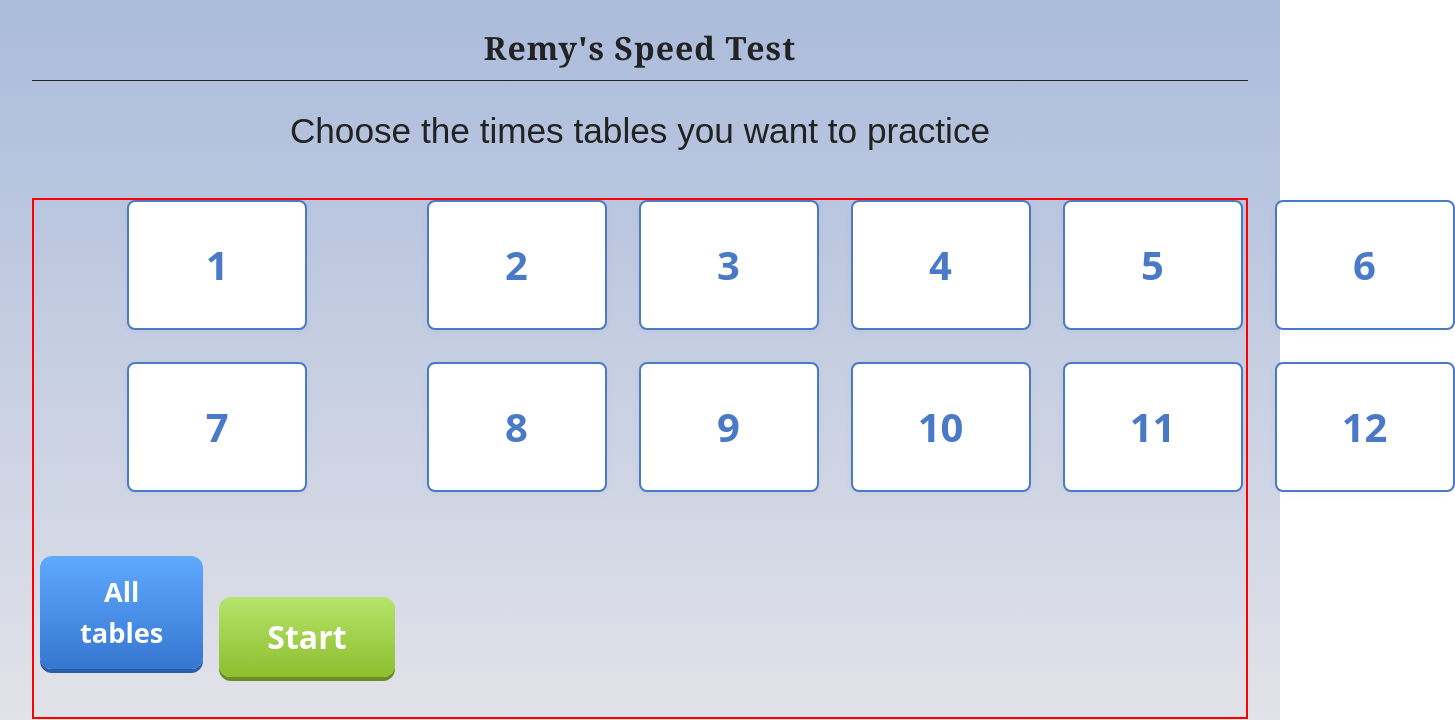
Repository: Chinurum-Omenuko/remys-speed-test
Page: / (app in app/)
These files come from the project's save history. The page is drawn as it stood at one moment and after the next save; the edit follows.
The browser window is 1280 px wide. The page is 1455 px wide, then 1449 px, so the pictures cover 1455 px, including what lies to the right of the window. The pictures show the whole page.
The project was rebuilt for these pictures with package versions that can differ from the ones it lists, and the page was loaded fresh each time. The framework's server and built-in components were replaced by stand-ins that run in the browser. Also part of the build but not shown: app/svelte.config.js, app/vite.config.ts.

Above is the page before, as saved 2025-11-17 10:53:11.

After the next save:
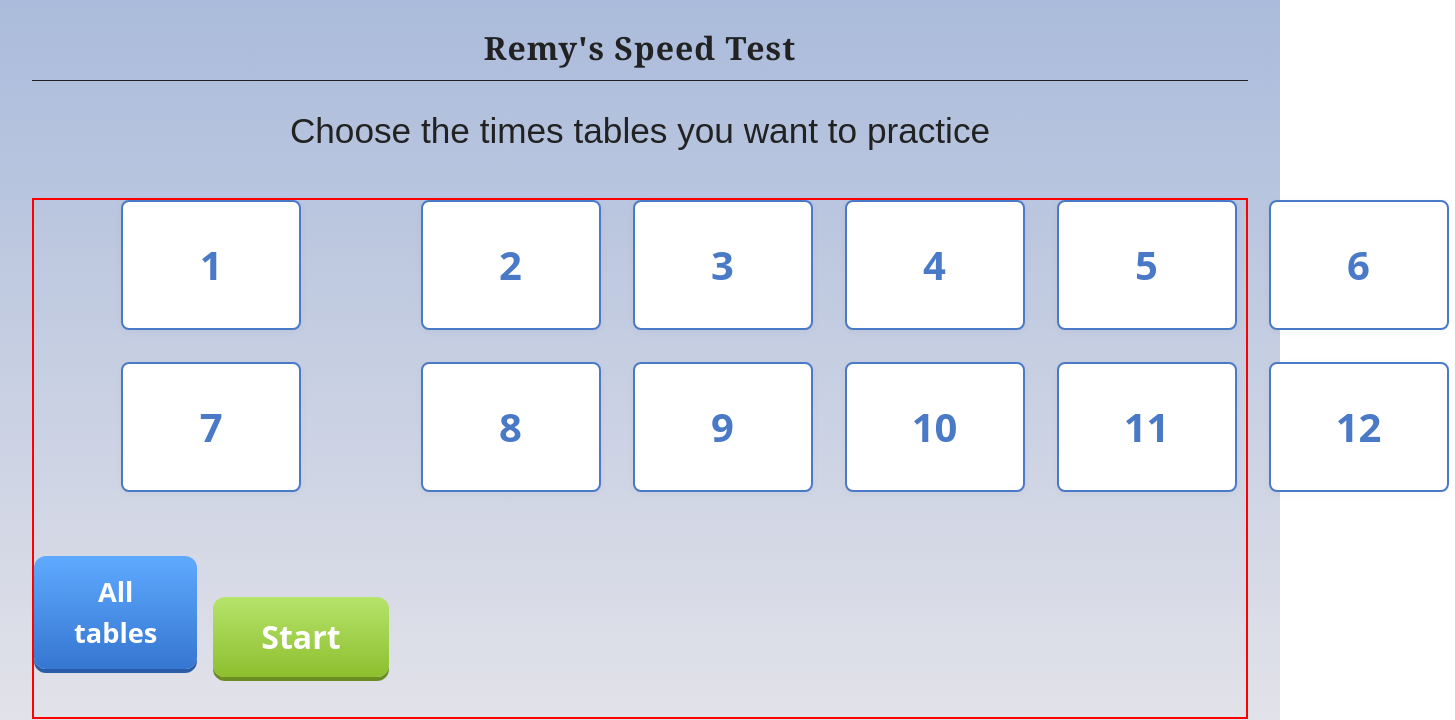
Saved 13 s later.
--- a/app/src/routes/+page.svelte
+++ b/app/src/routes/+page.svelte
@@ -107,7 +107,6 @@
 		display: grid;
 		grid-template-columns: repeat(6, 1fr);
 		gap: 2rem;
-		max-width: 1200px;
 		margin: 0 auto 2.5rem auto;
 
 	}
